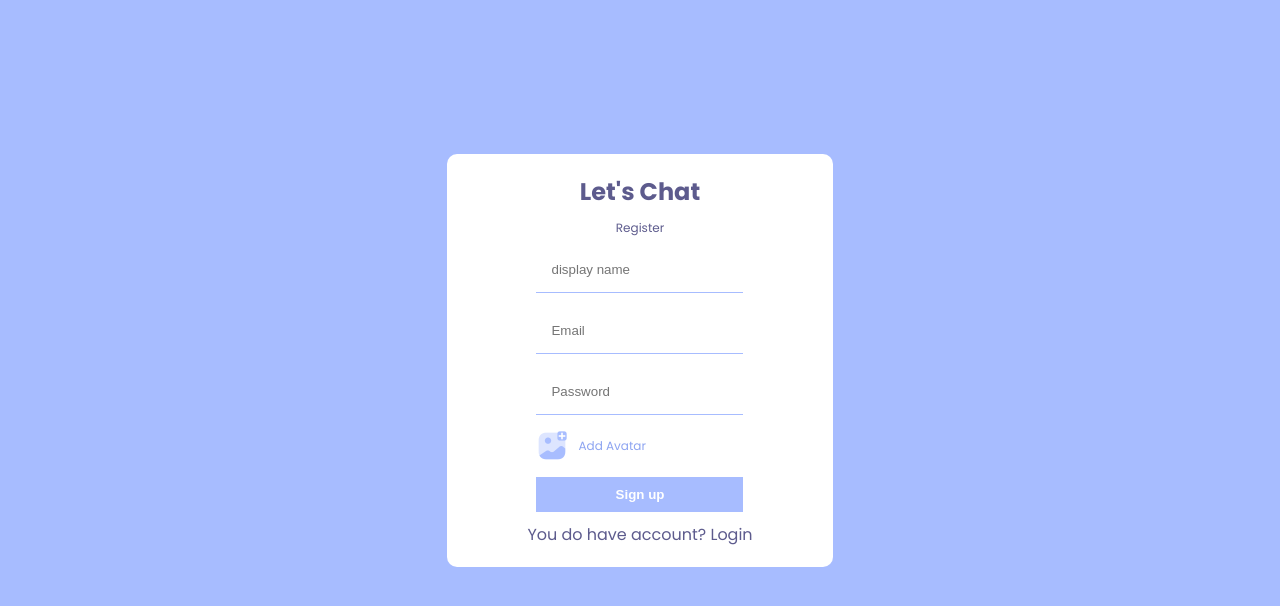
Repository: shikubro90/chatapp
Page: /
The author's editor kept a copy of each file at every save. The page is drawn from the files as they stood at one save, then again after the next save.
The browser window is 1280 px wide. The pictures show the whole page.
The project was rebuilt for these pictures with package versions that can differ from the ones it lists, and the page was loaded fresh each time.

Above is the page before, as saved 2022-09-08 16:07:18.

### src/App.js
import './App.css';
import Register from './pages/Register';
import './style.scss'

function App() {
  return (
    <div className="App">
      <Register/>
    </div>
  );
}

export default App;

### src/App.css
@import url(https://fonts.googleapis.com/css?family=Poppins:100,100italic,200,200italic,300,300italic,regular,italic,500,500italic,600,600italic,700,700italic,800,800italic,900,900italic);



*{
  margin: 0;
  padding: 0;
}

body,html{
  font-family: "Poppins", sans-serif, system-ui, -apple-system, BlinkMacSystemFont, 'Segoe UI', Roboto, Oxygen, Ubuntu, Cantarell, 'Open Sans', 'Helvetica Neue', sans-serif;
  box-sizing: border-box;
}


/* .App {
  text-align: center;
}

.App-logo {
  height: 40vmin;
  pointer-events: none;
}

@media (prefers-reduced-motion: no-preference) {
  .App-logo {
    animation: App-logo-spin infinite 20s linear;
  }
}

.App-header {
  background-color: #282c34;
  min-height: 100vh;
  display: flex;
  flex-direction: column;
  align-items: center;
  justify-content: center;
  font-size: calc(10px + 2vmin);
  color: white;
}

.App-link {
  color: #61dafb;
}

@keyframes App-logo-spin {
  from {
    transform: rotate(0deg);
  }
  to {
    transform: rotate(360deg);
  }
} */

### src/pages/Register.jsx
import Add from '../img/addAvatar.png'

const Register = () => {
  return (
    <div className='formContainer'>
        <div className="formWrapper">

            <span className='logo'>Let's Chat</span>
            <span className='title'>Register</span>

            <form action="">
                <input type="text" placeholder='display name' />
                <input type="email" placeholder='Email'/>
                <input type="password" placeholder='Password'/>
                <input type="file" style={{display:"none"}} id="file" />
                <label htmlFor="file">
                  <img src={Add} alt="" />
                  <span>Add Avatar</span>
                </label>
                <button>Sign up</button>
            </form>

            <p>You do have account? Login</p>

        </div>
    </div>
  )
}

export default Register

### src/style.scss
.formContainer{
    background-color: #a7bcff;
    height: 100vh;
    display: flex;
    align-items: center;
    justify-content: center;

    .formWrapper{

        background-color: white;
        padding: 20px 80px;
        border-radius: 10px;
        display: flex;
        flex-direction: column;
        gap: 10px;
        align-items: center;

        form{

            display: flex;
            flex-direction: column;
            gap: 15px;

            input{
                padding: 15px;
                border: none;
                border-bottom: 1px solid #a7bcff;
                outline: none;
            }&::placeholder{
                color: rgba(175, 175, 175);
            }

            button{
                background-color: #a7bcff;
                color: white;
                padding: 10px;
                font-weight: bold;
                border: none;
                cursor: pointer;
            }

            label{
                display: flex;
                align-items: center;
                color: #8da4f1;
                gap: 10px;
                font-size: 12px;
                cursor: pointer;

                img{
                    width: 32px;
                }
            }
        }

        p{
            color: #5d5b8d;

        }

        .logo{
            color: #5d5b8d;
            font-weight: bold;
            font-size: 24px;
        }

        .title{
            color: #5d5b8d;
            font-size: 12px;
        }
    }
}

Loaded but not shown: src/index.js (common file)

After the next save:
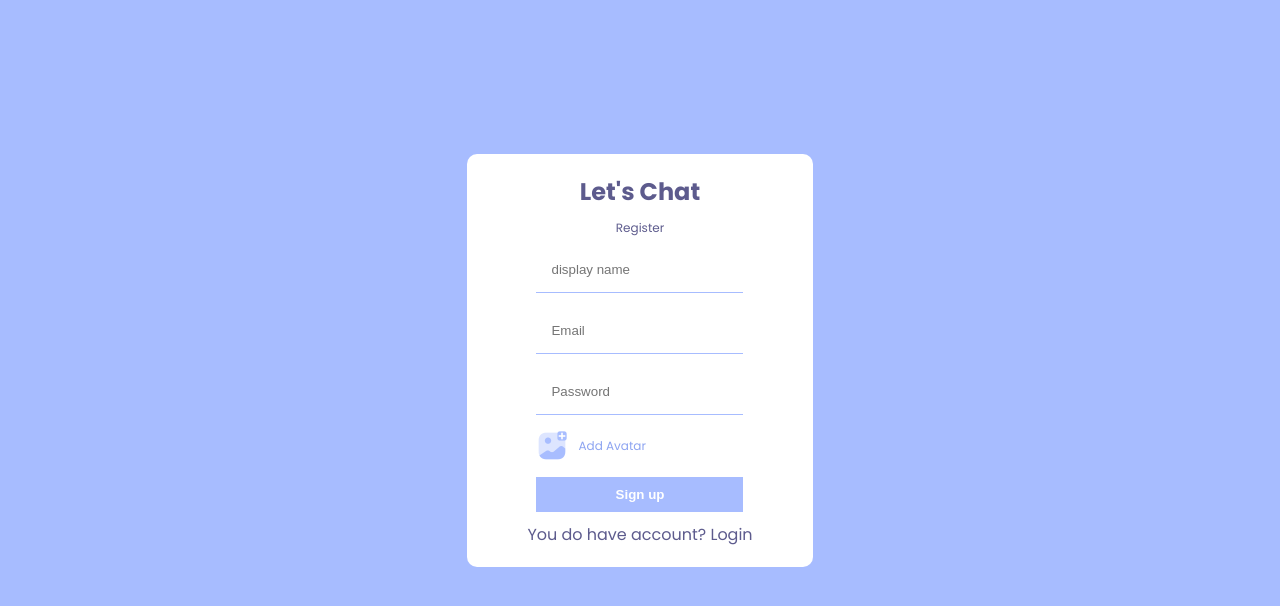
Saved 8 s later.
--- a/src/style.scss
+++ b/src/style.scss
@@ -8,7 +8,7 @@
     .formWrapper{
 
         background-color: white;
-        padding: 20px 80px;
+        padding: 20px 60px;
         border-radius: 10px;
         display: flex;
         flex-direction: column;
